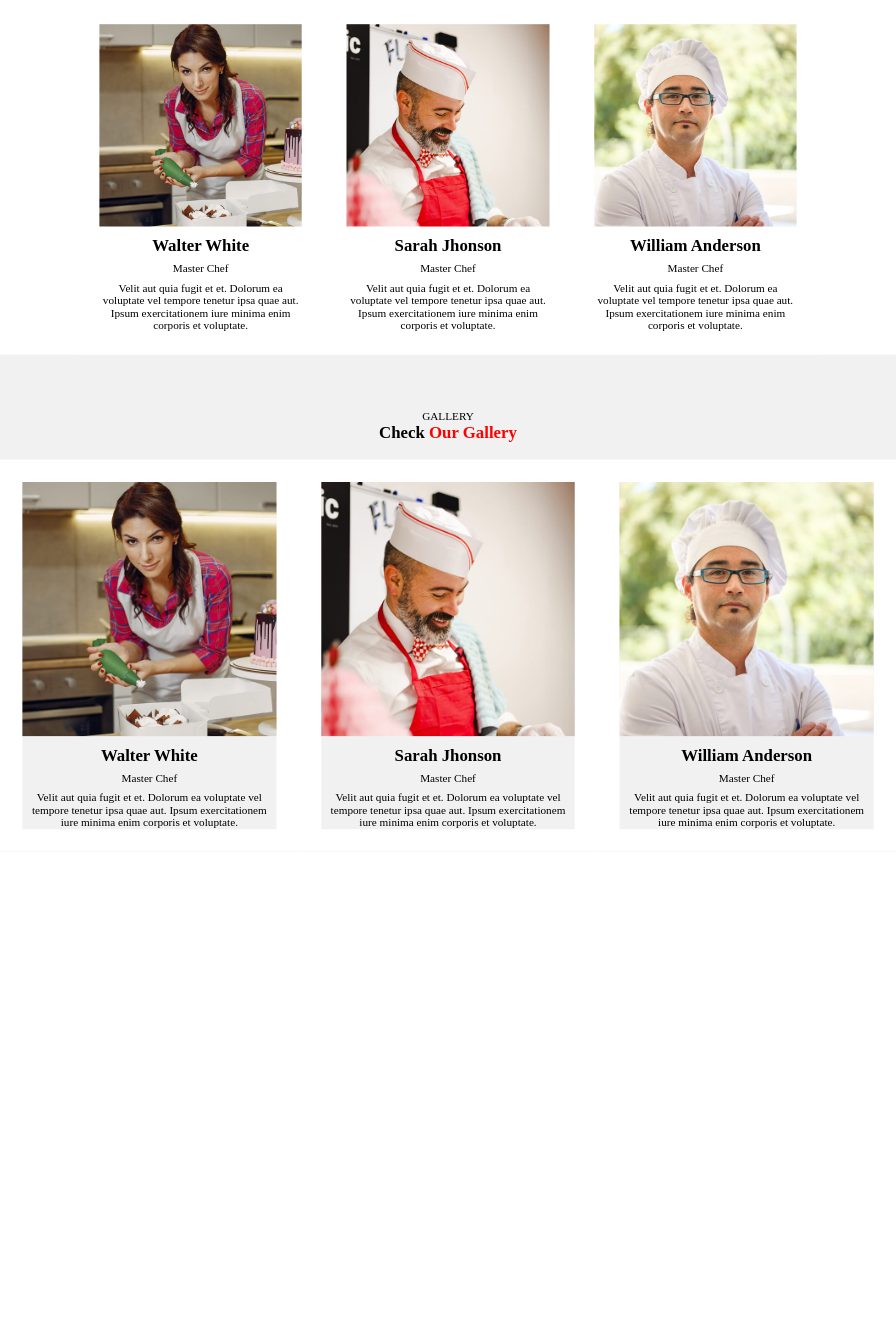
Repository: Ahmedalid/New-project
Page: Rout/index.html
These files come from the project's save history. The page is drawn as it stood at one moment and after the next save; the edit follows.
The browser window is 1280 px wide. The pictures show the part of the page from y = 921 to 2841 px (the page is 5000 px tall), at 70% of full size.

Above is the page before, as saved 2023-06-08 11:35:38.

### Rout/index.html
<!DOCTYPE html>
<html lang="en">

<head>
    <meta charset="UTF-8">
    <meta http-equiv="X-UA-Compatible" content="IE=edge">
    <meta name="viewport" content="width=device-width, initial-scale=1.0">
    <link rel="stylesheet" href="https://cdnjs.cloudflare.com/ajax/libs/font-awesome/6.4.0/css/all.min.css">
    <link rel="stylesheet" href="css/style.css">
    <title>Document</title>
</head>

<body>
    <!-- Start NavBar -->
    <nav>
        <div class="div-nav">
            <div class="nav-logo">
                <h1>Mealify</h1>
            </div>
            <div class="nav-item">
                <ul>
                    <li><a href="default.asp" class="home-actiev">Home</a></li>
                    <li><a href="" class="text-color">Chefs</a></li>
                    <li><a href="" class="text-color">Gallery</a></li>
                    <li><a href="" class="text-color">Contact</a></li>
                </ul>
            </div>
            <div class="nav-icon">
                <span><i class="fa-solid fa-moon"></i></span>
            </div>
        </div>
    </nav>
    <!-- End NavBar -->

    <!-- Start Header -->
    <header>
        <div class="div-header">
            <div class="content-header container">
                <h2 class="mt li">Enjoy Your Healthy</h2>
                <h2 class="mt li">Delicious Food</h2>
                <p class="mt text-color">Sed autem laudantium dolores. Voluptatem itaque ea consequatur eveniet.
                    Eum quas beatae cumque eum quaerat.</p>
                <div class="d-flex">
                    <button class="btn-Boolatable">Bool a Table</button>
                    <div class="d-flex mt  ">
                        <a href="" class="icone-headphones"> <span class="headphones d-center"> <i
                                    class="fa-solid fa-headphones "></i></span> </a>
                        <span class="Video">Watch a Video</span>
                    </div>
                </div>
            </div>
            <div class="content-header container">
                <div class="img-header ">
                    <img src="img/hero-img.png" alt="">
                </div>
            </div>
        </div>
    </header>
    <!-- End Header -->
    <section class="container">
        <p class="text-center text-color mt">CHEFS</p>
        <h5 class="li text-center our-section mt">
            Our
            <span class="text-color">Proffesional</span>
            Chefs
        </h5>
        <!-- Card And Img -->
        <div class="d-bettwen">
            <div class="mt card-img">
                <div class="">
                    <img src="img/chefs-2.jpg" alt="">
                    <h2 class="text-center mt-1">Walter White </h5>
                        <p class="text-center mt-1">Master Chef</p>
                        <p class="text-center mt-1">
                            Velit aut quia fugit et et. Dolorum ea voluptate vel
                            tempore tenetur ipsa quae aut. Ipsum
                            exercitationem iure minima enim corporis et voluptate.
                        </p>

                </div>

            </div>
            <div class="mt card-img">
                <div class="">
                    <img src="img/chefs-1.jpg" alt="">
                    <h2 class="text-center mt-1">Sarah Jhonson </h5>
                        <p class="text-center mt-1">Master Chef</p>
                        <p class="text-center mt-1">
                            Velit aut quia fugit et et. Dolorum ea voluptate vel
                            tempore tenetur ipsa quae aut. Ipsum
                            exercitationem iure minima enim corporis et voluptate.
                        </p>

                </div>

            </div>
            <div class="mt card-img">
                <div class="">
                    <img src="img/chefs-3.jpg" alt="">
                    <h2 class="text-center mt-1">William Anderson</h5>
                        <p class="text-center mt-1">Master Chef</p>
                        <p class="text-center mt-1">
                            Velit aut quia fugit et et. Dolorum ea voluptate vel
                            tempore tenetur ipsa quae aut. Ipsum
                            exercitationem iure minima enim corporis et voluptate.
                        </p>

                </div>

            </div>
        </div>
    </section>
    <section>
        <div class="GALLERY">
          <div class="text-center">
            <p class="mt-5 Check">GALLERY</p>
            <h2 class="mt-5">Check  <span class="text-color">Our Gallery</span> </h2>
          </div>
          <div class="d-bettwen">
            <div class="mt card-img">
                <div class="">
                    <img src="img/chefs-2.jpg" alt="">
                    <h2 class="text-center mt-1">Walter White </h5>
                        <p class="text-center mt-1">Master Chef</p>
                        <p class="text-center mt-1">
                            Velit aut quia fugit et et. Dolorum ea voluptate vel
                            tempore tenetur ipsa quae aut. Ipsum
                            exercitationem iure minima enim corporis et voluptate.
                        </p>

                </div>

            </div>
            <div class="mt card-img">
                <div class="">
                    <img src="img/chefs-1.jpg" alt="">
                    <h2 class="text-center mt-1">Sarah Jhonson </h5>
                        <p class="text-center mt-1">Master Chef</p>
                        <p class="text-center mt-1">
                            Velit aut quia fugit et et. Dolorum ea voluptate vel
                            tempore tenetur ipsa quae aut. Ipsum
                            exercitationem iure minima enim corporis et voluptate.
                        </p>

                </div>

            </div>
            <div class="mt card-img">
                <div class="">
                    <img src="img/chefs-3.jpg" alt="">
                    <h2 class="text-center mt-1">William Anderson</h5>
                        <p class="text-center mt-1">Master Chef</p>
                        <p class="text-center mt-1">
                            Velit aut quia fugit et et. Dolorum ea voluptate vel
                            tempore tenetur ipsa quae aut. Ipsum
                            exercitationem iure minima enim corporis et voluptate.
                        </p>

                </div>

            </div>
        </div>
        </div>
    </section>
</body>

</html>

### Rout/css/style.css
*{
    margin: 0;
    padding: 0;
    box-sizing: border-box;
}
body{
    height: 5000px;
}
nav{
    box-shadow: 0px 16px 43px 0px rgba(0,0,0,0.1),0px 10px 15px -3px rgba(0,0,0,0.1),0px 10px 15px -3px rgba(0,0,0,0.1);
       height: 80px;
       position: sticky;
       top: 0;
       left: 0;
       overflow: auto;
       background-color: white;
}
.div-nav{
     margin: auto 110px;
    display: flex;
   margin-top: 30px;
    justify-content: space-between;
}
.container{
    margin: auto 110px;
}
.nav-item ul li{
    list-style: none;

    width: 100%;

}
.nav-item ul li a{
     text-decoration: none;
     color: black;
     padding: 20px;
     outline: none;
     transition: 0.5;
     font-weight: 400;
}
.nav-item ul li a:hover{
    border-bottom: 2px solid red;
}
.nav-item ul {
          display: flex;
    justify-content: space-between;

}
.nav-logo h1{
    font-weight: bold;
    font-size: 30px;
}
.home-actiev{
    border-bottom: 2px solid red;
    font-weight: bold;
}
.nav-icon span i{
    font-size: 30px;
}
/* End NavBar */
/* Start Header */
/* Start Header */
.div-header{
    display: flex;
}
header{
    background-color: #eeeeee;
    overflow: auto;
    height: 100vh;
}
.content-header{
  margin-top: 160px;
}
img{
    width: 100%;
}
.mt{
    margin-top: 25px;
}
.li{
    letter-spacing: 5px;
}
.text-color{
    color: #7f7f90;
}
.d-flex{
    display: flex;
}
.btn-Boolatable{
    border: none;
    outline: none;
    background-color: red;
    color: white;
    padding: 10px;
    border-radius: 10px;
    margin-top: 30px;
}
.headphones{
    background-color: white;
    border-radius: 50%;
    width: 50px;
    height: 50px;
    border: 5px solid red;
    margin-left: 50px;
    cursor: pointer;
}
.d-center{
    display: flex;
    justify-content: center;
    align-items: center;
}
.Video{
    margin-top: 20px;
    margin-left: 20px;
    font-weight: bold;
    cursor: pointer;
    transition: 0.5s;
}
.Video:hover{
    color: red;
}
.icone-headphones{
    color: black;
    list-style: none;
}

.text-center{
    text-align: center;
    /* margin-top: 50px; */
}
.text-color{
    color: red;
}
.our-section{
    font-size: 27px;
}
.d-bettwen{
    /* width: 33%;
    display: inline-block; */
    display: flex;
    justify-content: space-between;
    transition: 0.5s;
}
.mt-1{
    margin-top: 10px;
}
.card-img h4{
    font-weight:bold;
}
.card-img:hover{
    transform: scale(1.1 , 1.1);
    cursor: pointer;
    transition: 0.5s;
}
.card-img{
    border: 2pc solid white;
}
.GALLERY{
    background-color: #f1f1f1;
    overflow: auto;
}
.Check{
    margin-top: 80px;
}

After the next save:
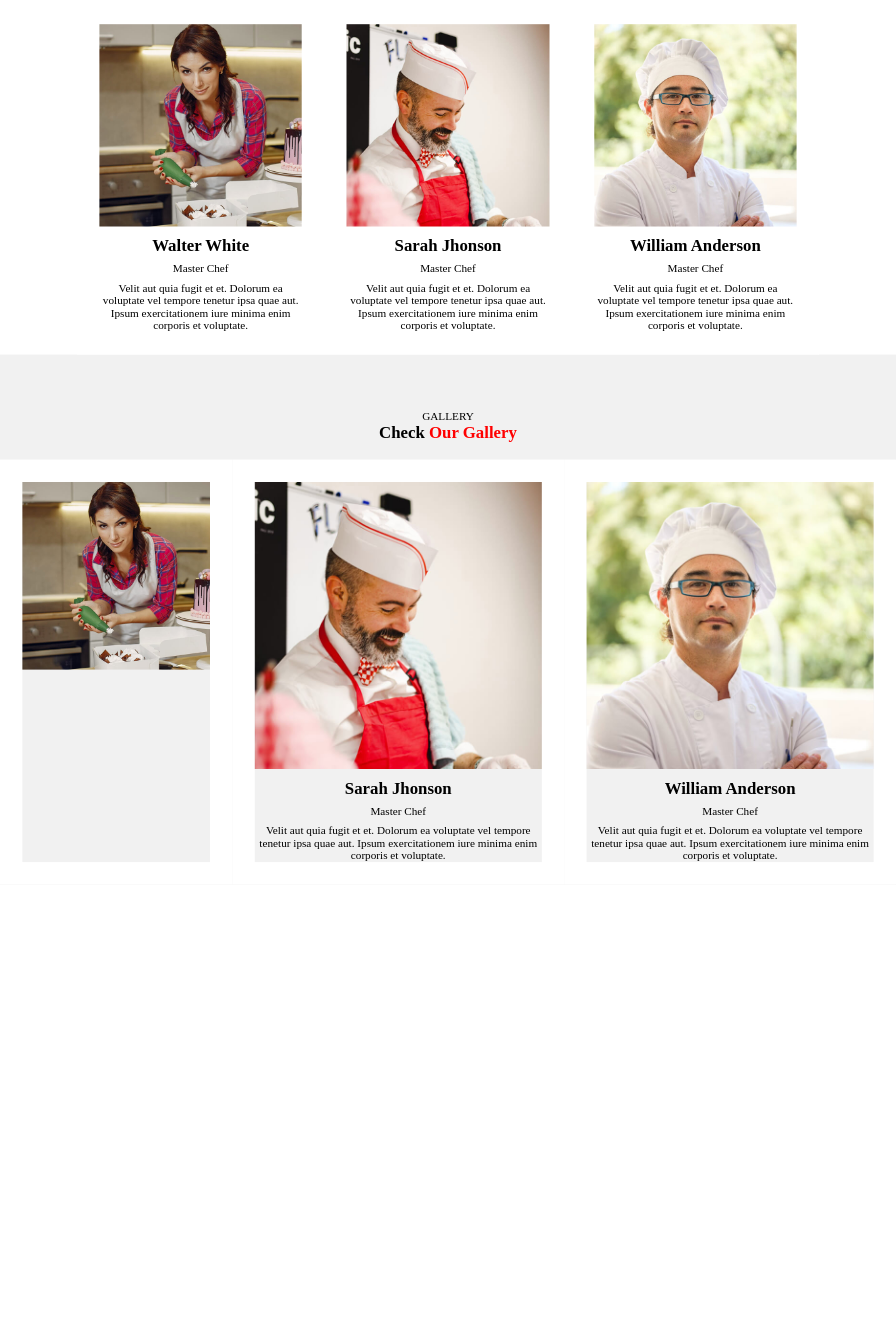
Saved 11 s later.
--- a/Rout/index.html
+++ b/Rout/index.html
@@ -120,13 +120,7 @@
             <div class="mt card-img">
                 <div class="">
                     <img src="img/chefs-2.jpg" alt="">
-                    <h2 class="text-center mt-1">Walter White </h5>
-                        <p class="text-center mt-1">Master Chef</p>
-                        <p class="text-center mt-1">
-                            Velit aut quia fugit et et. Dolorum ea voluptate vel
-                            tempore tenetur ipsa quae aut. Ipsum
-                            exercitationem iure minima enim corporis et voluptate.
-                        </p>
+
 
                 </div>
 
